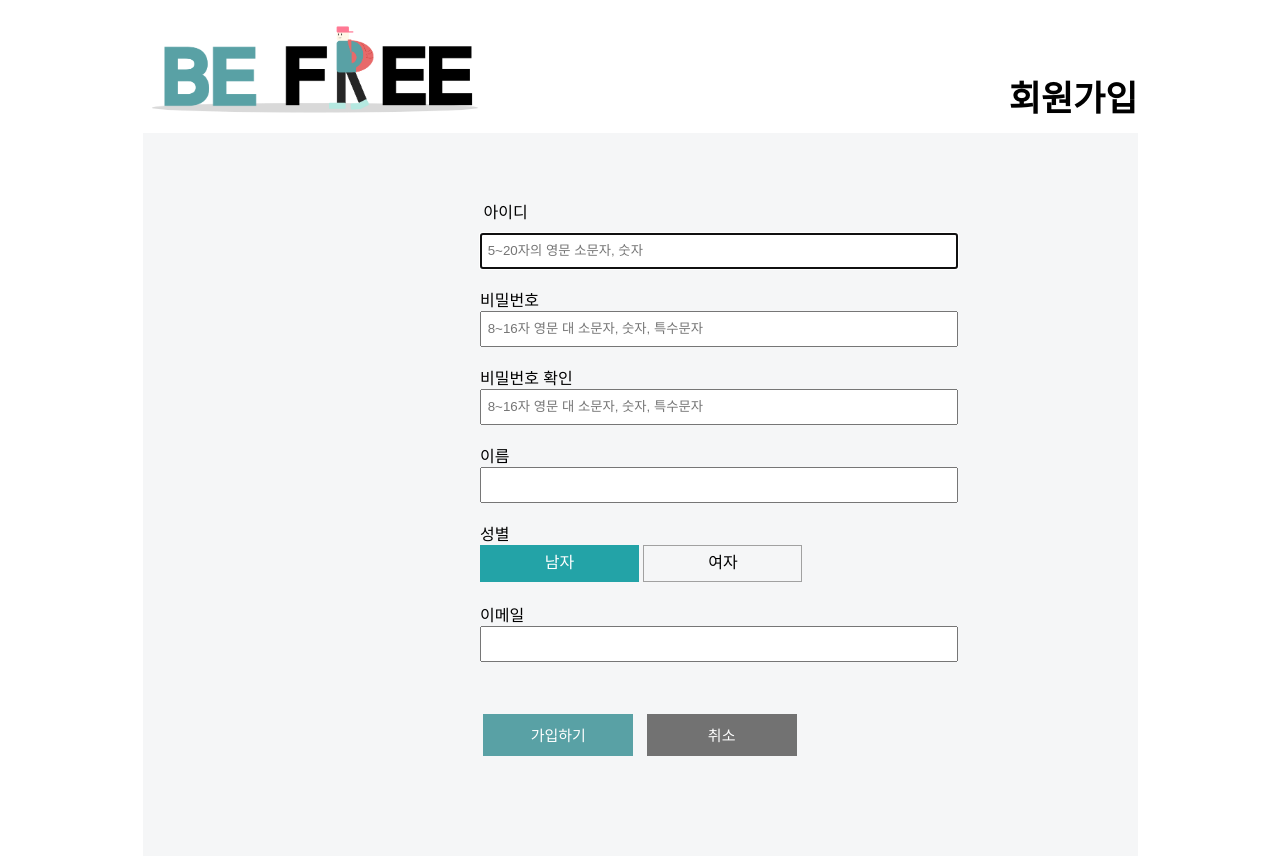
Repository: 1912087/Klavier_Piano
Page: http://localhost/notice/join.jsp
These files come from the project's save history. The page is drawn as it stood at one moment and after the next save; the edit follows.
The browser window is 1280 px wide. The pictures show the whole page.
Some web fonts or font styles are not loaded; a fallback is used. The page is served by Tomcat 9.

Above is the page before, as saved 2021-11-08 19:42:11.

After the next save:
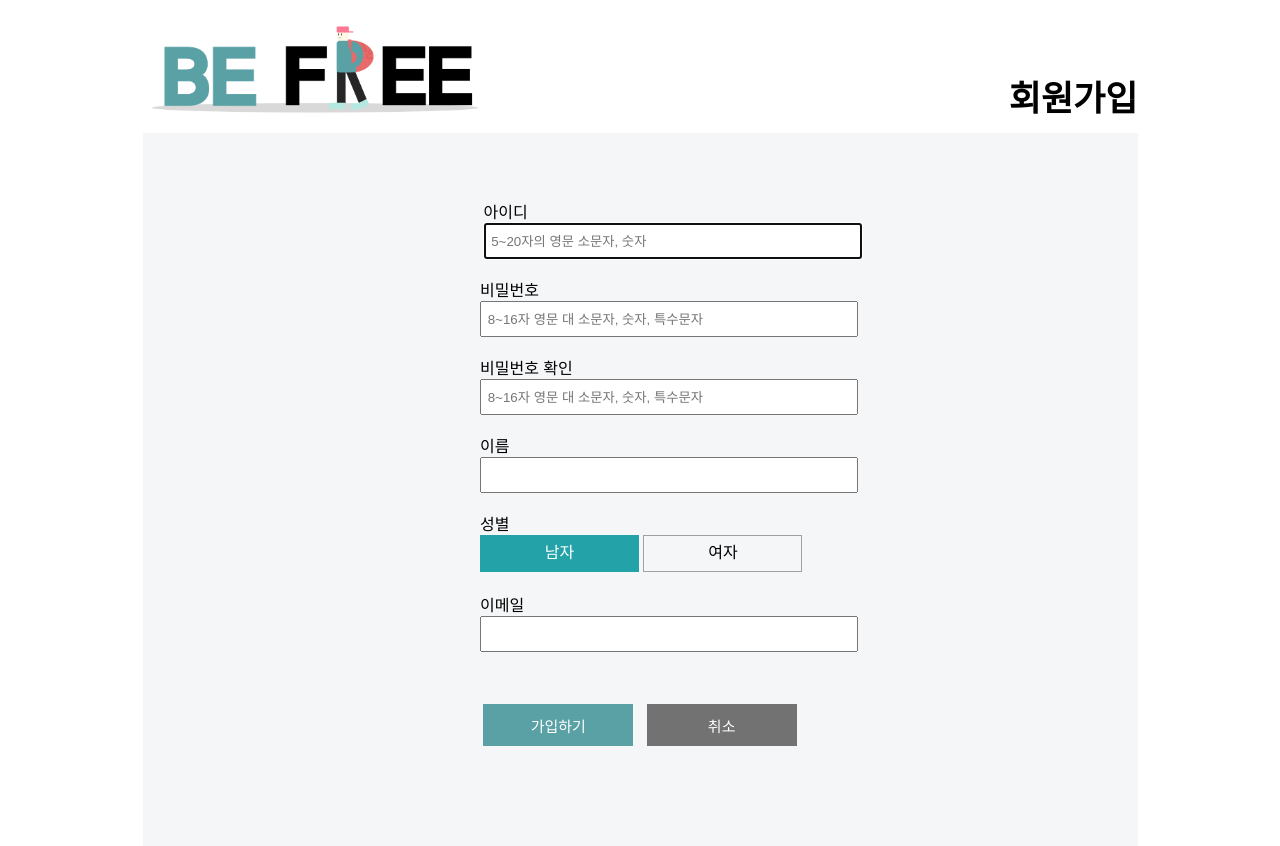
Saved 7 s later.
--- a/Notice/notice/WebContent/join.jsp
+++ b/Notice/notice/WebContent/join.jsp
@@ -17,7 +17,7 @@
             body{font-family: 'Gowun Dodum', sans-serif;}
             ul {list-style-type: none;}
             a {text-decoration: none; color:black;}
-            input {height:30px; width: 470px;}
+            input {height:30px; width: 370px;}
 
             .all {
                 padding-top:15px;
